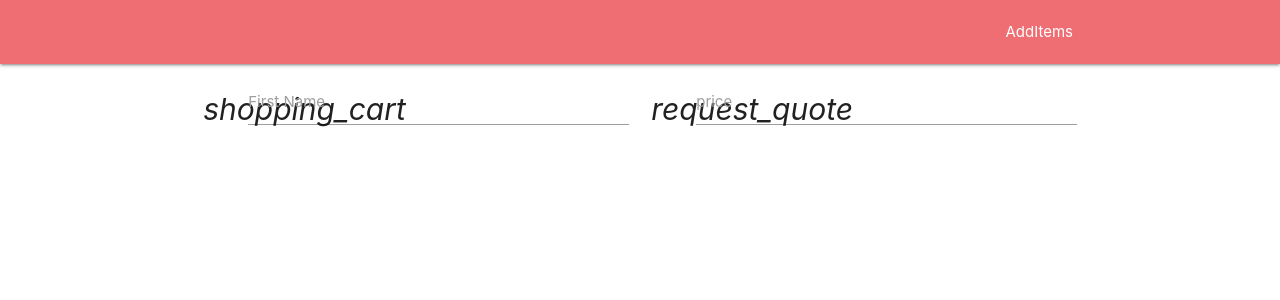
Repository: umarrg/crud-app-ejs-and-nodejs
Page: public/additem.html
An editor plug-in stored every save of this project. The page is shown before and after a run of saves, followed by the edit.
The browser window is 1280 px wide. The pictures show the whole page.

Above is the page before, as saved 2020-12-29 11:52:57.

After the next 4 saves:
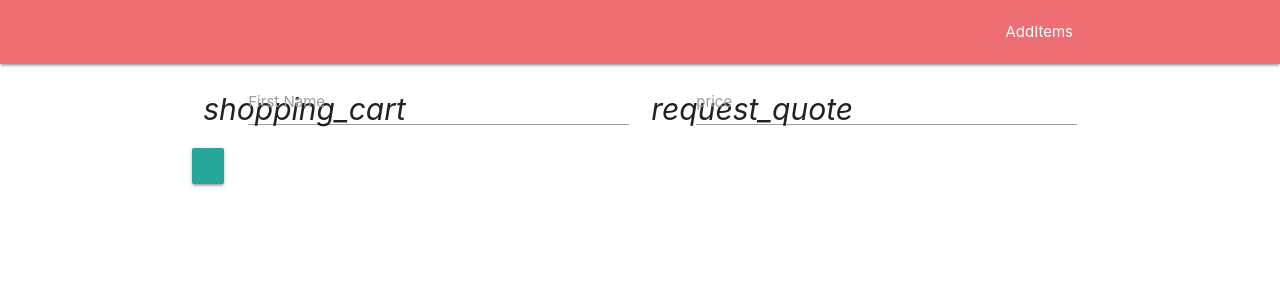
The 4 saves are shown as one change because they came seconds apart.
The last was saved 43 s later.
--- a/public/additem.html
+++ b/public/additem.html
@@ -31,6 +31,7 @@
                   <input id="price" type="tel" class="validate">
                   <label for="icon_telephone">price</label>
                 </div>
+                <button class="btn"></button>
               </div>
             </form>
           </div>
